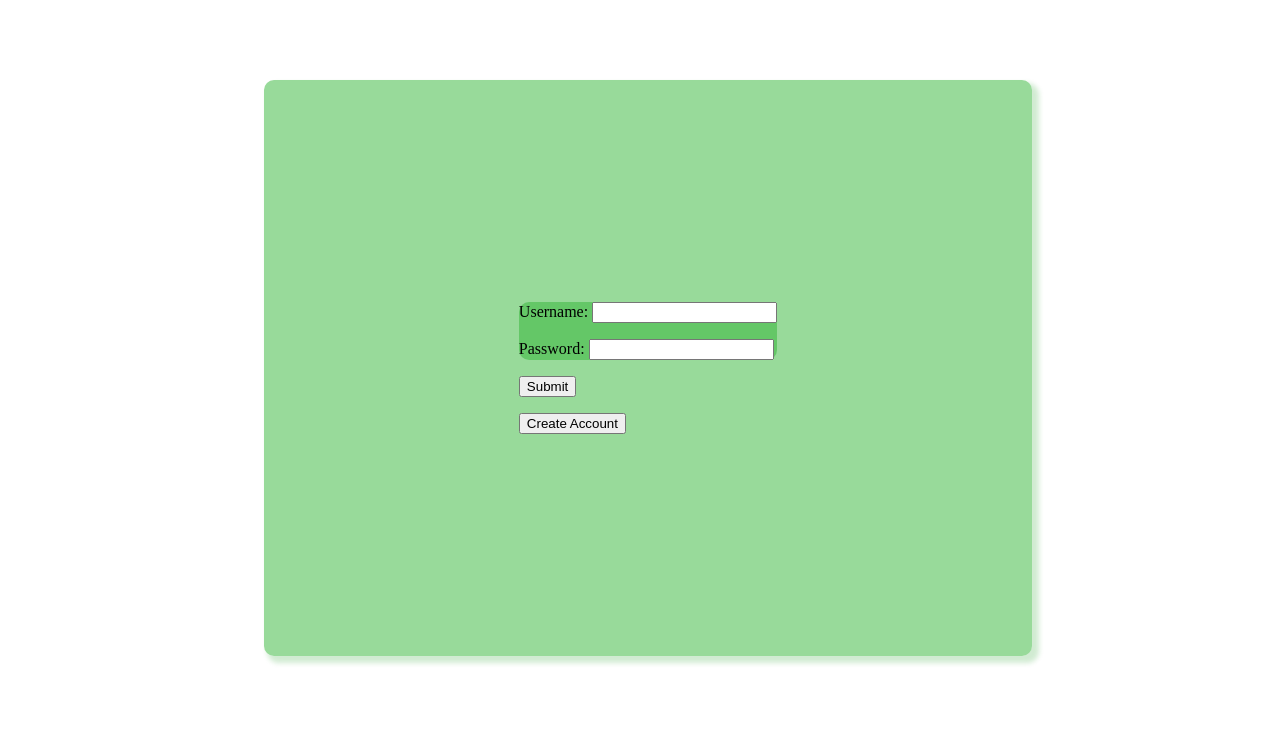
Repository: Jtho28/4830-group-project
Page: Esports-webproj/src/main/webapp/WEB-INF/Login.html
The author's editor kept a copy of each file at every save. The page is drawn from the files as they stood at one save, then again after the next save.
The browser window is 1280 px wide. The page is 1288 px wide, so the pictures cover 1288 px, including what lies to the right of the window. The pictures show the whole page.

Above is the page before, as saved 2022-11-16 21:27:19.

### Esports-webproj/src/main/webapp/WEB-INF/Login.html
<!DOCTYPE html>
<html>
<head>
<meta charset="UTF-8">
<title>Login</title>
<link rel="stylesheet" href="login.css">
</head>
<body>
<div class="login">
<form action="Login" method="post">
<div class="fields">
<p>Username: <input type="text" name="username" /></p>
<p>Password: <input type="password" name="password" /></p>
</div>
<p><input type="submit" />
<p><button type="button">
Create Account
</button>
</form>
</div>
</body>
</html>

### Esports-webproj/src/main/webapp/WEB-INF/login.css
@charset "UTF-8";

body {
	display: flex;
	align-items: center;
	justify-content: center;
	height: 100vh;
	width: 100vw;
	background: rgba(255,255,255, .8);

}

.login {
	height: 80vh;
	width: 60vw;
	display: flex;
	align-items: center;
	justify-content: center;

	border-radius: 10px;
	background: rgba(50, 181, 55, .5);
	transition: ease all 0.5s;
	box-shadow: 5px 5px 5px 2px rgba(25,154,30, .2)
}
.login:hover {
	background: rgba(50, 181, 55, .5);
}

.login .fields{
	background: rgba(50, 181, 55, .5);
	border-radius: 10px
}

h1 {
	color: yellow;
	margin-left: 20px;
}

After the next save:
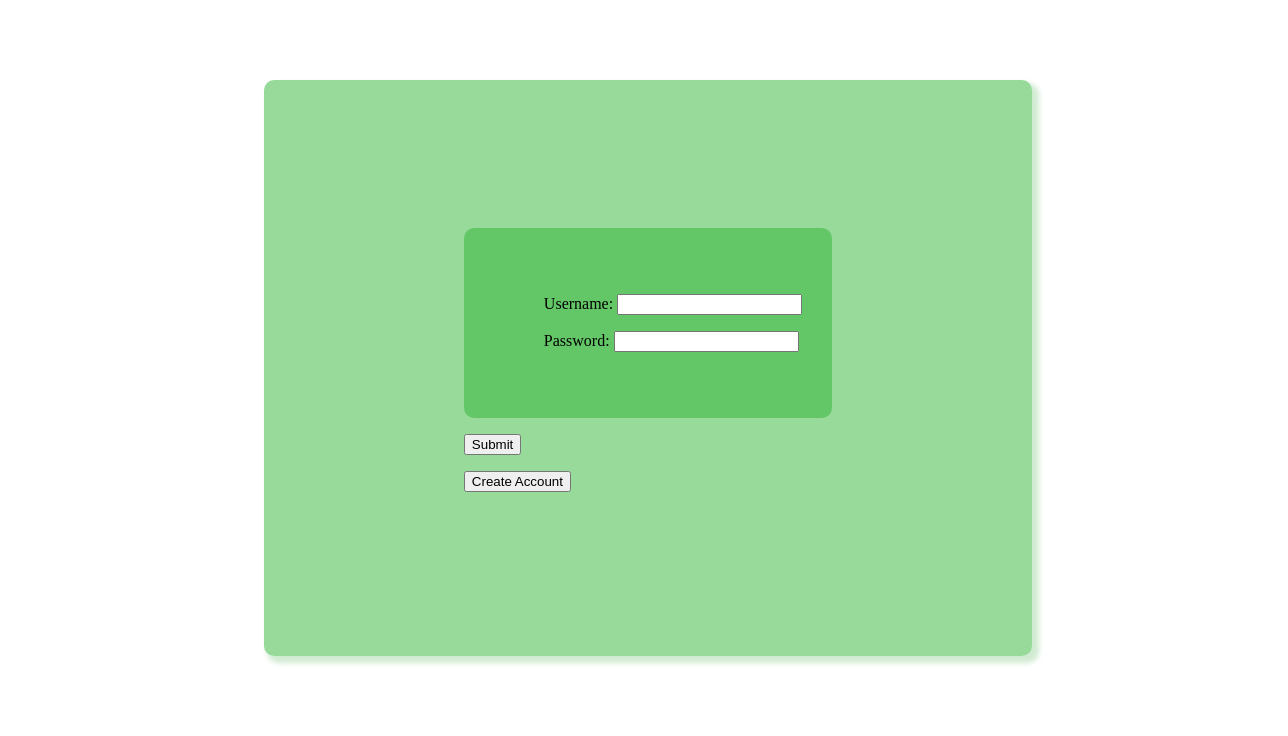
Saved 47 s later.
--- a/Esports-webproj/src/main/webapp/WEB-INF/login.css
+++ b/Esports-webproj/src/main/webapp/WEB-INF/login.css
@@ -28,7 +28,11 @@ body {
 
 .login .fields{
 	background: rgba(50, 181, 55, .5);
-	border-radius: 10px
+	border-radius: 10px;
+	padding-top: 50px;
+  	padding-right: 30px;
+  	padding-bottom: 50px;
+  	padding-left: 80px;
 }
 
 h1 {
